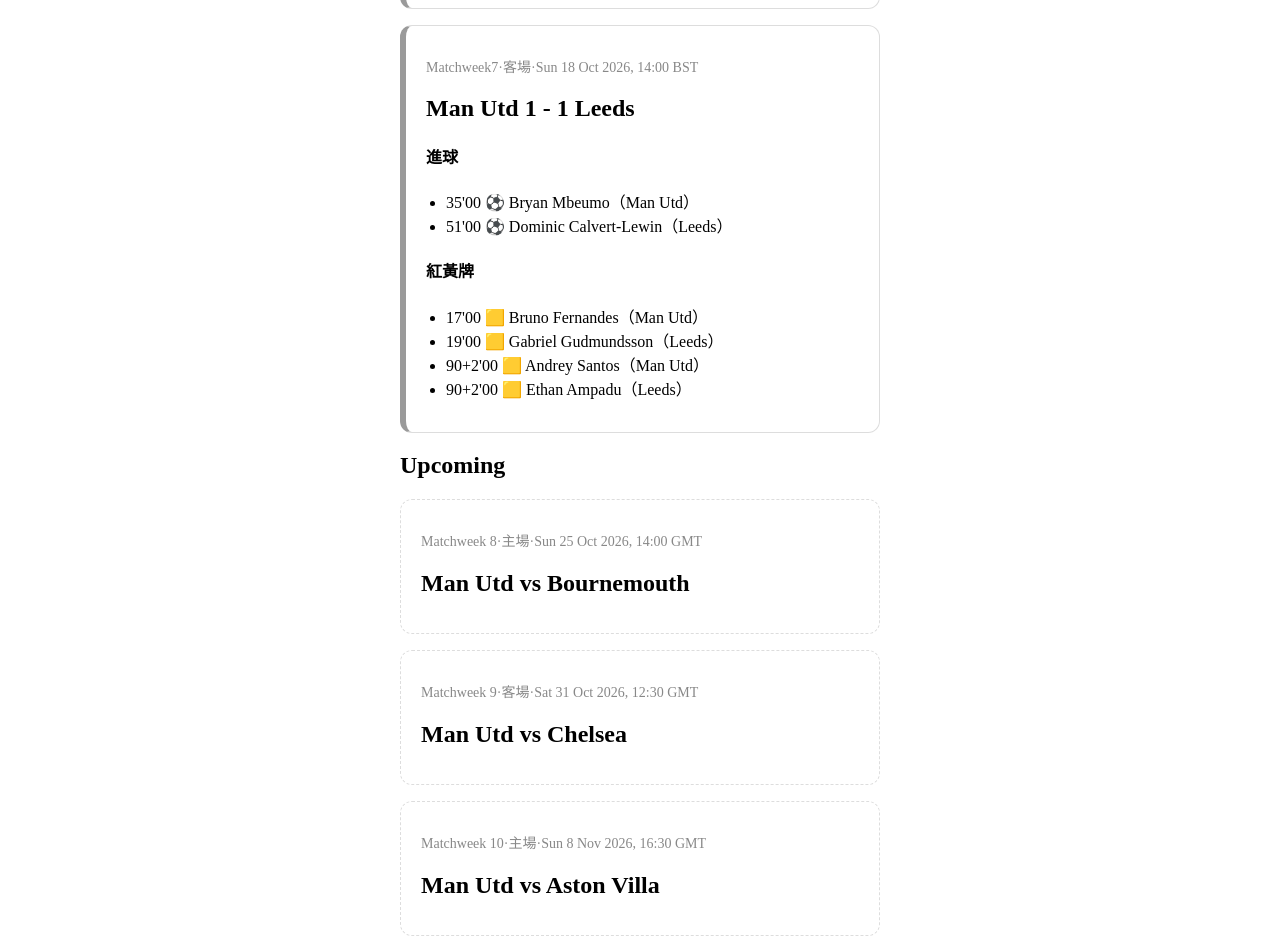
Repository: Chengyu0814/Premier-League-Dashboard
Page: / (app in frontend/)
The author's editor kept a copy of each file at every save. The page is drawn from the files as they stood at one save, then again after the next save.
The browser window is 1280 px wide. The pictures show the part of the page from y = 2072 to 3024 px (the page is 3024 px tall).
The project was rebuilt for these pictures with package versions that can differ from the ones it lists, and the page was loaded fresh each time. Also part of the build but not shown: frontend/vite.config.js.

Above is the page before, as saved 2026-10-27 14:14:17.

### frontend/src/App.jsx
import PremierLeague from'./PremierLeague.jsx';
import "./index.css";

function App() {

  return (
    <>
    <PremierLeague/>
    </>
)
}

export default App

### frontend/src/PremierLeague.jsx
import { useState, useEffect } from 'react'
import MatchCard from './MatchCard.jsx'
 import Summary from './Summary.jsx'

function PremierLeague() {

  const [matches, setMatches] = useState([])

  useEffect(() => {
    fetch('/man_utd_summary.json')
      .then((res) => res.json())
      .then((data) => {setMatches(data)})
    }, [])

  const finished = matches.filter((m) => m.status === 'C')
  const upcoming = matches.filter((m) => m.status === 'U')

  return (
    <div className="dashboard">
    <h1>Man Utd Dashboard</h1>
    <Summary matches={finished}/>
     <h2>Finished</h2>
    {finished.map(
      (m) =>(<MatchCard key={m.gameweek} match={m} />)
    )}
    <h2>Upcoming</h2>
    {upcoming.map((m) => <MatchCard key={m.gameweek} match={m} />)}
    </div>
)
}

export default PremierLeague

### frontend/src/index.css
.dashboard {
    max-width: 480px;
    margin: 0 auto;
    padding: 0 16px;
}

.match-card{
    border: 1px solid #ddd;
    border-radius: 12px;
    padding: 16px 20px;
    margin: 16px 0;
    max-width: 480px;
    text-align: left;
}

.match-card.result-W { border-left: 6px solid #2e9e5b; }
.match-card.result-D { border-left: 6px solid #9a9a9a; }
.match-card.result-L { border-left: 6px solid #d64545; }

.match-card .kickoff{
    color: #888;
    font-size: 14px;
}

.match-card ul{
    padding-left: 20px;
}

.summary {
    display: flex;
    gap: 12px;
    max-width: 480px;
}
.stat {
    flex: 1;
    border: 1px solid #ddd;
    border-radius: 12px;
    padding: 12px 0;
    text-align: center;
}
.stat-value {
    font-size: 28px;
    font-weight: bold;
}
.stat-label {
    color: #888;
    font-size: 14px;
}
.match-card.upcoming {
    border-style: dashed;
  }

.match-count {
    color: black;
    font-size: 25px;
    margin-bottom: 8px;
    text-align: left;
}

### frontend/src/MatchCard.jsx
import { getSides, getResult } from './matchUtils.js'

const CARD_LABEL = { Y: '🟨', R: '🟥', YR: '🟨🟥' }

function MatchCard({ match }) {
  const { gameweek, kickoff, status, goals, cards } = match
  const { isHome, us, them } = getSides(match)
  const venue = isHome ? '主場' : '客場'

  if (status !== 'C') {
  return (
    <div className="match-card upcoming">
      <p className="kickoff">Matchweek {gameweek}·{venue}·{kickoff}</p>
      <h2>{us.team} vs {them.team}</h2>
    </div>
  )
  }
  const { result } = getResult(match)
  return (
  <div className={`match-card result-${result}`}>
    <p className="kickoff">Matchweek{gameweek}·{venue}·{kickoff}</p>
    <h2>{us.team} {us.score} - {them.score} {them.team}</h2>

    <h4>進球</h4>
    <ul>
    {goals.map((g, i) => (
      <li key={i}>
        {g.time} ⚽ {g.player}（{g.team}）
        {g.type === 'O' && ' 烏龍球'}
        {g.type === 'P' && ' 點球'}
      </li>
      ))}

    </ul>
    <h4>紅黃牌</h4>
    <ul>
      {cards.map((c, i) => (
        <li key={i}>
          {c.time} {CARD_LABEL[c.card]} {c.player}（{c.team}）
        </li>
    ))}
    </ul>
  </div>
  )
}

export default MatchCard

### frontend/src/Summary.jsx
import { getResult } from './matchUtils.js'

function Summary({ matches }) {
    let win = 0, draw = 0, loss = 0, goalsFor = 0, goalsAgainst = 0

    for (const m of matches) {

        const {us, them, result} = getResult(m)

        goalsFor += us.score
        goalsAgainst += them.score
        if (result==="W") win++
        else if (result==="D") draw++
        else loss++
    }

    const stats = [
        { label: 'Win', value: win },
        { label: 'Draw', value: draw },
        { label: 'Loss', value: loss },
        { label: 'Goals', value: goalsFor },
        { label: 'Conceded', value: goalsAgainst }
    ]

    return (
    <div>
    <div className="match-count">Currently {matches.length} matches</div>
    <div className="summary">
        {stats.map((s) => (
        <div key={s.label} className="stat">
            <div className="stat-value">{s.value}</div>
            <div className="stat-label">{s.label}</div>
        </div>
        ))}
    </div>
    </div>
    )
}

export default Summary

### frontend/src/matchUtils.js
export const TEAM = 'Man Utd'

export function getSides(match) {
    const isHome = match.home.team === TEAM
    const us = isHome ? match.home : match.away
    const them = isHome ? match.away : match.home
    return { isHome, us, them }
}

export function getResult(match) {
    const { us, them } = getSides(match)

    let result = 'D'
    if (us.score > them.score) result = 'W'
    else if (us.score < them.score) result = 'L'

    return { us, them, result }
}

### frontend/public/man_utd_summary.json
[
  {
    "gameweek": 3,
    "kickoff": "Sun 6 Sep 2026, 14:00 BST",
    "status": "C",
    "home": {
      "team": "Everton",
      "score": 2
    },
    "away": {
      "team": "Man Utd",
      "score": 2
    },
    "goals": [
      {
        "time": "46'00",
        "team": "Man Utd",
        "player": "Bryan Mbeumo",
        "type": "G"
      },
      {
        "time": "83'00",
        "team": "Everton",
        "player": "Tyrique George",
        "type": "G"
      },
      {
        "time": "88'00",
        "team": "Man Utd",
        "player": "Benjamin Sesko",
        "type": "G"
      },
      {
        "time": "90+6'00",
        "team": "Everton",
        "player": "Ainsley Maitland-Niles",
        "type": "G"
      }
    ],
    "cards": [
      {
        "time": "13'00",
        "team": "Everton",
        "player": "Harrison Armstrong",
        "card": "Y"
      },
      {
        "time": "34'00",
        "team": "Everton",
        "player": "Brennan Johnson",
        "card": "Y"
      },
      {
        "time": "62'00",
        "team": "Man Utd",
        "player": "Luke Shaw",
        "card": "Y"
      },
      {
        "time": "64'00",
        "team": "Everton",
        "player": "Merlin Röhl",
        "card": "Y"
      },
      {
        "time": "79'00",
        "team": "Man Utd",
        "player": "Harry Maguire",
        "card": "Y"
      },
      {
        "time": "81'00",
        "team": "Man Utd",
        "player": "Diogo Dalot",
        "card": "Y"
      }
    ]
  },
  {
    "gameweek": 4,
    "kickoff": "Sun 13 Sep 2026, 16:30 BST",
    "status": "C",
    "home": {
      "team": "Man Utd",
      "score": 0
    },
    "away": {
      "team": "Man City",
      "score": 1
    },
    "goals": [
      {
        "time": "60'00",
        "team": "Man City",
        "player": "Erling Haaland",
        "type": "G"
      }
    ],
    "cards": [
      {
        "time": "23'00",
        "team": "Man City",
        "player": "Phil Foden",
        "card": "R"
      },
      {
        "time": "79'00",
        "team": "Man City",
        "player": "Josko Gvardiol",
        "card": "Y"
      },
      {
        "time": "80'00",
        "team": "Man City",
        "player": "Enzo Fernández",
        "card": "Y"
      },
      {
        "time": "81'00",
        "team": "Man Utd",
        "player": "Harry Maguire",
        "card": "Y"
      }
    ]
  },
  {
    "gameweek": 5,
    "kickoff": "Sun 20 Sep 2026, 16:30 BST",
    "status": "C",
    "home": {
      "team": "Fulham",
      "score": 1
    },
    "away": {
      "team": "Man Utd",
      "score": 1
    },
    "goals": [
      {
        "time": "63'00",
        "team": "Fulham",
        "player": "Lisandro Martínez",
        "type": "O"
      },
      {
        "time": "89'00",
        "team": "Man Utd",
        "player": "Matheus Cunha",
        "type": "G"
      }
    ],
    "cards": [
      {
        "time": "45'00",
        "team": "Fulham",
        "player": "Josh King",
        "card": "Y"
      },
      {
        "time": "50'00",
        "team": "Fulham",
        "player": "Timothy Castagne",
        "card": "Y"
      },
      {
        "time": "85'00",
        "team": "Fulham",
        "player": "Rodrigo Muniz",
        "card": "Y"
      }
    ]
  },
  {
    "gameweek": 6,
    "kickoff": "Sat 10 Oct 2026, 17:30 BST",
    "status": "C",
    "home": {
      "team": "Man Utd",
      "score": 1
    },
    "away": {
      "team": "Spurs",
      "score": 1
    },
    "goals": [
      {
        "time": "73'00",
        "team": "Man Utd",
        "player": "Bryan Mbeumo",
        "type": "G"
      },
      {
        "time": "90+2'00",
        "team": "Spurs",
        "player": "Dominic Solanke",
        "type": "G"
      }
    ],
    "cards": [
      {
        "time": "04'00",
        "team": "Spurs",
        "player": "Conor Gallagher",
        "card": "Y"
      },
      {
        "time": "78'00",
        "team": "Spurs",
        "player": "Rodrigo Bentancur",
        "card": "R"
      },
      {
        "time": "78'00",
        "team": "Spurs",
        "player": "Jan Paul van Hecke",
        "card": "Y"
      },
      {
        "time": "78'00",
        "team": "Man Utd",
        "player": "Luke Shaw",
        "card": "Y"
      },
      {
        "time": "84'00",
        "team": "Man Utd",
        "player": "Bruno Fernandes",
        "card": "Y"
      },
      {
        "time": "87'00",
        "team": "Man Utd",
        "player": "Lisandro Martínez",
        "card": "Y"
      },
      {
        "time": "90+6'00",
        "team": "Man Utd",
        "player": "Diogo Dalot",
        "card": "Y"
      },
      {
        "time": "90+8'00",
        "team": "Spurs",
        "player": "Archie Gray",
        "card": "Y"
      }
    ]
  },
  {
    "gameweek": 7,
    "kickoff": "Sun 18 Oct 2026, 14:00 BST",
    "status": "C",
    "home": {
      "team": "Leeds",
      "score": 1
    },
    "away": {
      "team": "Man Utd",
      "score": 1
    },
    "goals": [
      {
        "time": "35'00",
        "team": "Man Utd",
        "player": "Bryan Mbeumo",
        "type": "G"
      },
      {
        "time": "51'00",
        "team": "Leeds",
        "player": "Dominic Calvert-Lewin",
        "type": "G"
      }
    ],
    "cards": [
      {
        "time": "17'00",
        "team": "Man Utd",
        "player": "Bruno Fernandes",
        "card": "Y"
      },
      {
        "time": "19'00",
        "team": "Leeds",
        "player": "Gabriel Gudmundsson",
        "card": "Y"
      },
      {
        "time": "90+2'00",
        "team": "Man Utd",
        "player": "Andrey Santos",
        "card": "Y"
      },
      {
        "time": "90+2'00",
        "team": "Leeds",
        "player": "Ethan Ampadu",
        "card": "Y"
      }
    ]
  },
  {
    "gameweek": 8,
    "kickoff": "Sun 25 Oct 2026, 14:00 GMT",
    "status": "U",
    "home": {
      "team": "Man Utd",
      "score": null
    },
    "away": {
      "team": "Bournemouth",
      "score": null
    },
    "goals": [],
    "cards": []
  },
  {
    "gameweek": 9,
    "kickoff": "Sat 31 Oct 2026, 12:30 GMT",
    "status": "U",
    "home": {
      "team": "Chelsea",
      "score": null
    },
    "away": {
      "team": "Man Utd",
      "score": null
    },
    "goals": [],
    "cards": []
  },
  {
    "gameweek": 10,
    "kickoff": "Sun 8 Nov 2026, 16:30 GMT",
    "status": "U",
    "home": {
      "team": "Man Utd",
      "score": null
    },
    "away": {
      "team": "Aston Villa",
      "score": null
    },
    "goals": [],
    "cards": []
  }
]

Loaded but not shown: frontend/index.html (common file); frontend/src/main.jsx (common file)

After the next save:
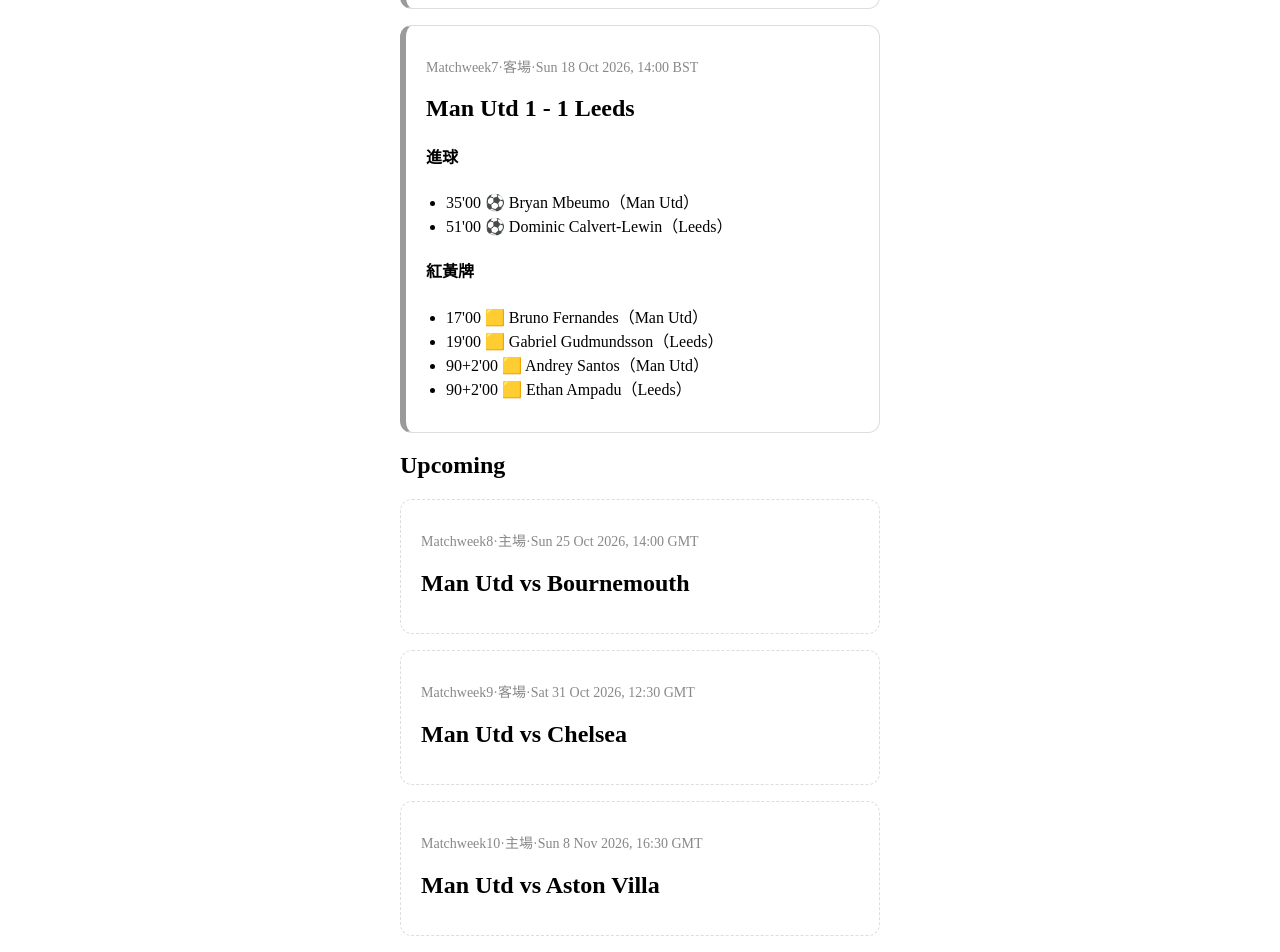
Saved 12 s later.
--- a/frontend/src/MatchCard.jsx
+++ b/frontend/src/MatchCard.jsx
@@ -10,7 +10,7 @@
   if (status !== 'C') {
   return (
     <div className="match-card upcoming">
-      <p className="kickoff">Matchweek {gameweek}·{venue}·{kickoff}</p>
+      <p className="kickoff">Matchweek{gameweek}·{venue}·{kickoff}</p>
       <h2>{us.team} vs {them.team}</h2>
     </div>
   )
